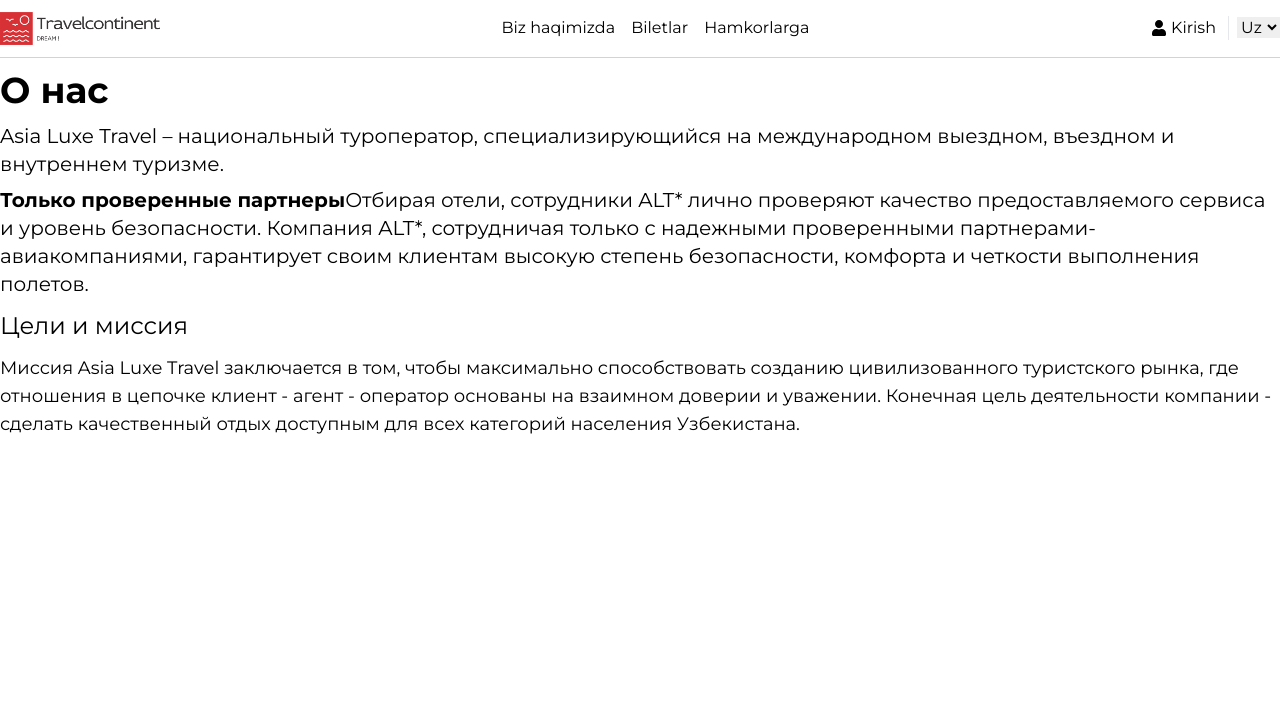
Repository: ziyodbek0300/avia-sales_
Page: /about-us
An editor plug-in stored every save of this project. The page is shown before and after the next save, followed by the edit.
The browser window is 1280 px wide. The pictures show the whole page.
The project was rebuilt for these pictures with package versions that can differ from the ones it lists, and the page was loaded fresh each time. Also part of the build but not shown: src/containers/home/Home.jsx.

Above is the page before, as saved 2022-06-04 00:33:29.

### src/index.js
import React from 'react';
import ReactDOM from 'react-dom/client';
import './index.scss';
import App from './App';
import { BrowserRouter } from 'react-router-dom';

// Import the functions you need from the SDKs you need
import { initializeApp } from "firebase/app";

const firebaseConfig = {
  apiKey: "AIzaSyCh8iVwHAk4edTRMCTfsixFgQGgbxiQ__o",
  authDomain: "travelcontinent-6deec.firebaseapp.com",
  projectId: "travelcontinent-6deec",
  storageBucket: "travelcontinent-6deec.appspot.com",
  messagingSenderId: "267962106998",
  appId: "1:267962106998:web:0326271bfbdab5676e8b57"
};

// Initialize Firebase
const app = initializeApp(firebaseConfig);
const root = ReactDOM.createRoot(document.getElementById('root'));
root.render(
  <React.StrictMode>
    <BrowserRouter>
      <App />
    </BrowserRouter>
  </React.StrictMode>
)

### src/index.scss
@tailwind base;
@tailwind components;
@tailwind utilities;
// font by google fonts
@import url('https://fonts.googleapis.com/css2?family=Montserrat:ital,wght@0,100;0,200;0,300;0,400;0,500;0,600;0,700;0,800;0,900;1,100;1,200;1,300;1,400;1,500;1,600;1,700;1,800;1,900&display=swap');

* {
  font-family: 'Montserrat', sans-serif;
}

code {
  font-family: source-code-pro, Menlo, Monaco, Consolas, 'Courier New',
    monospace;
}

.card-filter-courses {
  top: 5rem !important;
}

.card {
  grid-row: 1 / 3;
  background-size: cover;
  background-repeat: no-repeat;
}

/*main courses */
.main-courses {
  display: grid;
  grid-template-columns: 1fr 1fr;
  grid-template-rows: 10rem 10rem;
  grid-gap: 1rem;
}

.main-courses div:first-child {
  grid-row: 1 / 3;
}

.main-courses div {
  background-repeat: no-repeat;
  background-size: cover;
  background-image: linear-gradient(rgba(0, 0, 0, 0.1), rgba(0, 0, 0, 0.1));
  color: #fff;
}

.bg-custom {
  background: #f4f8fa !important;
}

### src/App.js
import { Route, Routes } from "react-router-dom";
import Navbar from "./components/navbar/Navbar";
import About from "./containers/about/About";
import Home from "./containers/home/Home";

function App() {
  return (
    <div>
      <Navbar />
      <Routes>
        <Route path="/" element={<Home />} />
        <Route path="/about-us" element={<About />} />
      </Routes>
    </div>
  );
}

export default App;

### src/components/navbar/Navbar.jsx
import React from 'react'
import { FaUser } from 'react-icons/fa';
import { NavLink } from 'react-router-dom';
import Logo from '../../static/images/logo.png'

function Navbar() {
    return (
        <div className='border-b border-b-slate-300 py-3'>
            <nav className=' flex justify-between items-center max-w-7xl mx-auto'>
                <div className="logo">
                    <img src={Logo} className="w-40" alt="logo" />
                </div>
                <ul className='flex gap-4'>
                    <li>
                        <NavLink to='/about-us'>Biz haqimizda</NavLink>
                    </li>
                    <li>Biletlar</li>
                    <li>Hamkorlarga</li>
                </ul>
                <ul className='flex gap-2'>
                    <li className='flex items-center border-r pr-3'>
                        <FaUser />&nbsp;Kirish
                    </li>
                    <li>
                        <select name="lang" id="lang" className='border-slate-500'>
                            <option value="uz">Uz</option>
                            <option value="uz">Ru</option>
                            <option value="uz">En</option>
                        </select>
                    </li>
                </ul>
            </nav>
        </div>
    )
}

export default Navbar

### src/containers/about/About.jsx
import React from 'react'

function About() {
    return (
        <div className='max-w-7xl mx-auto'>
            <div className='my-3'>
                <p className='text-4xl font-bold mb-3'>О нас</p>
                <p className='text-xl mb-2'>
                    Asia Luxe Travel – национальный туроператор, специализирующийся на международном выездном, въездном и внутреннем туризме.
                </p>
                <p className='text-xl'>
                    <b>Только проверенные партнеры</b>
                    Отбирая отели, сотрудники ALT* лично проверяют качество предоставляемого сервиса и уровень безопасности. Компания ALT*, сотрудничая только с надежными проверенными партнерами-авиакомпаниями, гарантирует своим клиентам высокую степень безопасности, комфорта и четкости выполнения полетов.
                </p>
                <p className='text-2xl font-normal my-3'>Цели и миссия</p>
                <p className='text-lg'>
                    Миссия Asia Luxe Travel заключается в том, чтобы максимально способствовать созданию цивилизованного туристского рынка, где отношения в цепочке клиент - агент - оператор основаны на взаимном доверии и уважении. Конечная цель деятельности компании - сделать качественный отдых доступным для всех категорий населения Узбекистана.
                </p>
            </div>
        </div>
    )
}

export default About

Loaded but not shown: public/index.html (common file); tailwind.config.js (common file)

After the next save:
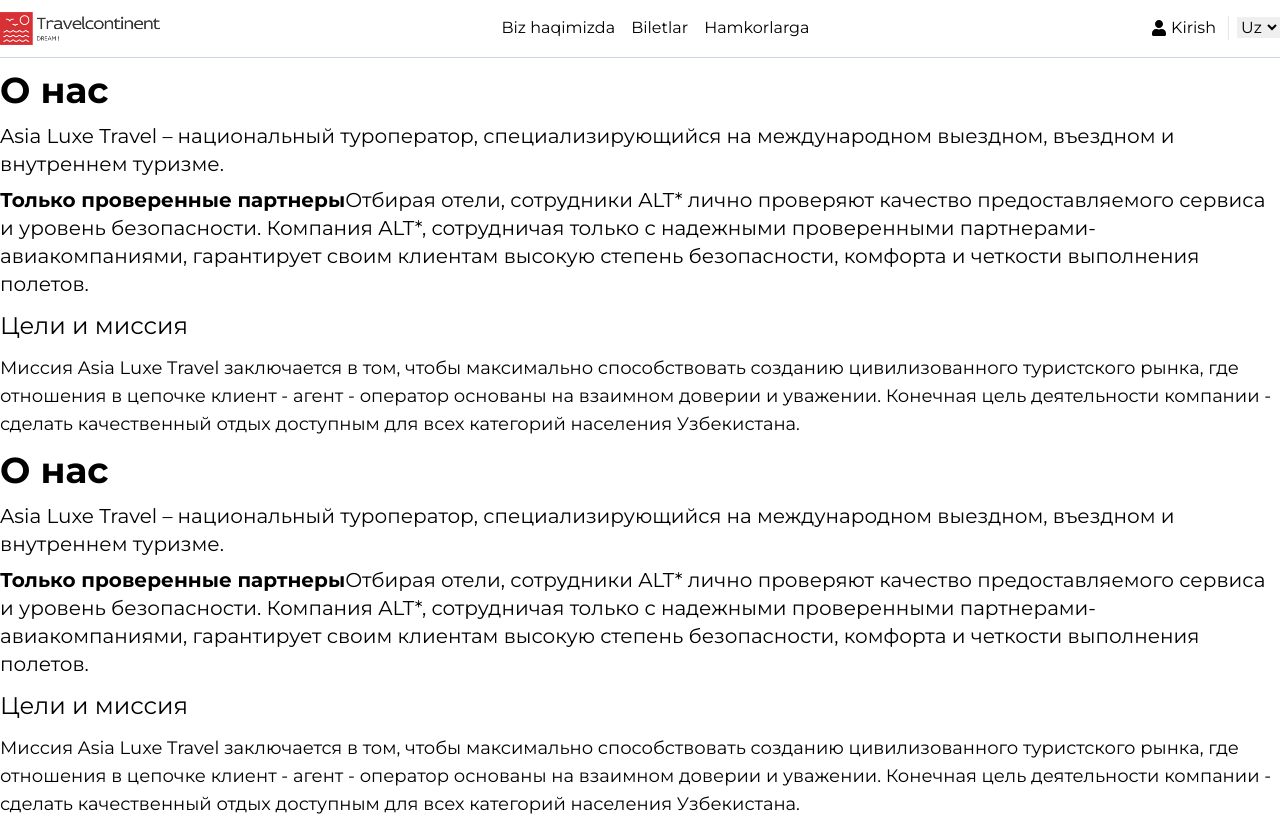
Saved 9 s later.
--- a/src/containers/about/About.jsx
+++ b/src/containers/about/About.jsx
@@ -17,6 +17,20 @@
                     Миссия Asia Luxe Travel заключается в том, чтобы максимально способствовать созданию цивилизованного туристского рынка, где отношения в цепочке клиент - агент - оператор основаны на взаимном доверии и уважении. Конечная цель деятельности компании - сделать качественный отдых доступным для всех категорий населения Узбекистана.
                 </p>
             </div>
+            <div className='my-3'>
+                <p className='text-4xl font-bold mb-3'>О нас</p>
+                <p className='text-xl mb-2'>
+                    Asia Luxe Travel – национальный туроператор, специализирующийся на международном выездном, въездном и внутреннем туризме.
+                </p>
+                <p className='text-xl'>
+                    <b>Только проверенные партнеры</b>
+                    Отбирая отели, сотрудники ALT* лично проверяют качество предоставляемого сервиса и уровень безопасности. Компания ALT*, сотрудничая только с надежными проверенными партнерами-авиакомпаниями, гарантирует своим клиентам высокую степень безопасности, комфорта и четкости выполнения полетов.
+                </p>
+                <p className='text-2xl font-normal my-3'>Цели и миссия</p>
+                <p className='text-lg'>
+                    Миссия Asia Luxe Travel заключается в том, чтобы максимально способствовать созданию цивилизованного туристского рынка, где отношения в цепочке клиент - агент - оператор основаны на взаимном доверии и уважении. Конечная цель деятельности компании - сделать качественный отдых доступным для всех категорий населения Узбекистана.
+                </p>
+            </div>
         </div>
     )
 }
